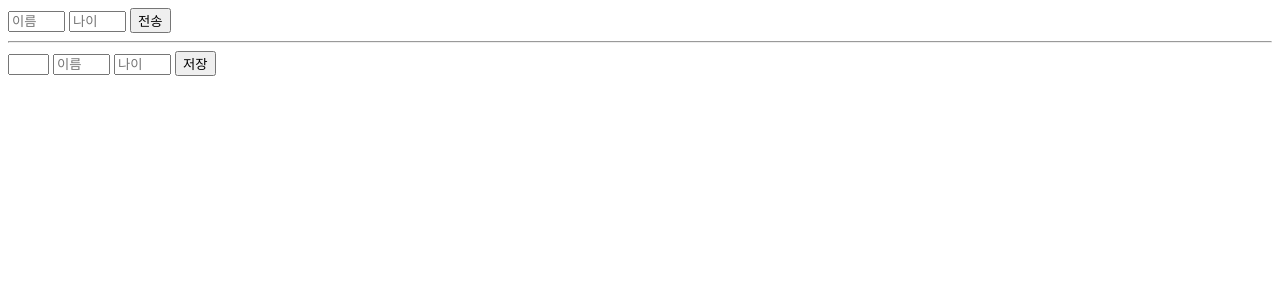
Repository: shbaksa/study
Page: http://localhost/mw_0615/java_script/multi_input.jsp
These files come from the project's save history. The page is drawn as it stood at one moment and after the next save; the edit follows.
The browser window is 1280 px wide. The pictures show the whole page.
The page is served by Tomcat 9.

Above is the page before, as saved 2022-06-15 06:11:41.

### mw_0615/src/main/webapp/java_script/multi_input.jsp
<%@ page language="java" contentType="text/html; charset=UTF-8"
    pageEncoding="UTF-8"%>
<!DOCTYPE html>
<html>
<head>
<meta charset="UTF-8">
<title>Insert title here</title>
</head>
<body>	<!-- 0615/mulit_input.jsp : mulit 테이블에 이름과 나이를 입력하는 폼 -->

	<form method="post" action="multi_input_ok.jsp">
	<input type="text" name="name" placeholder="이름" size="4">
	<input type="text" name="age" placeholder="나이" size="4">
	<input type="submit" value="전송">
	</form>
	<hr>
	<form method="post" action="multi_update_ok">
	<input type="text" name="id" size="2">
	<input type="text" name="name" placeholder="이름" size="4" autocomplete="">
	<input type="text" name="age" placeholder="나이" size="4">
	<input type="submit" value="저장">
	</form>

</body>
</html>

After the next save:
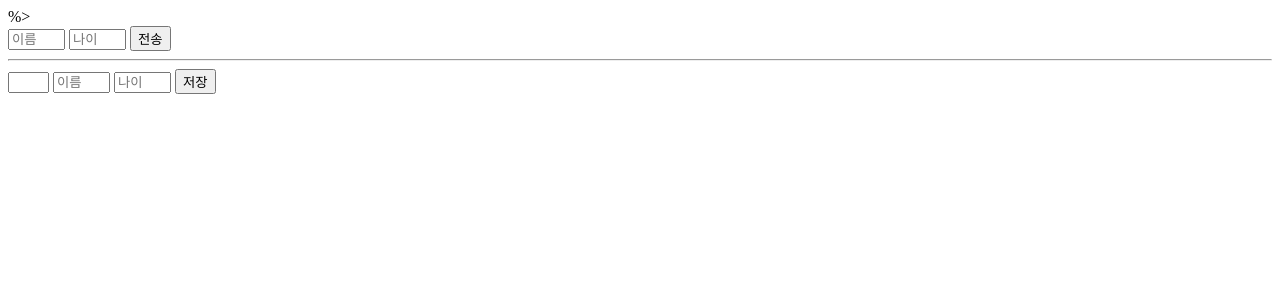
Saved 70 s later.
--- a/mw_0615/src/main/webapp/java_script/multi_input.jsp
+++ b/mw_0615/src/main/webapp/java_script/multi_input.jsp
@@ -1,10 +1,18 @@
 <%@ page language="java" contentType="text/html; charset=UTF-8"
     pageEncoding="UTF-8"%>
 <!DOCTYPE html>
+<%@ page import="java.sql.*" %> %>
 <html>
 <head>
 <meta charset="UTF-8">
 <title>Insert title here</title>
+
+	<%
+	// DB연결
+	Class.forName("com.mysql.jdbc.Driver");
+	String db = "jdbc:mysql://localhost:3306/first";
+	Connection conn = DriverManager.getConnection(db, "root", "1234");
+	%>
 </head>
 <body>	<!-- 0615/mulit_input.jsp : mulit 테이블에 이름과 나이를 입력하는 폼 -->
 
